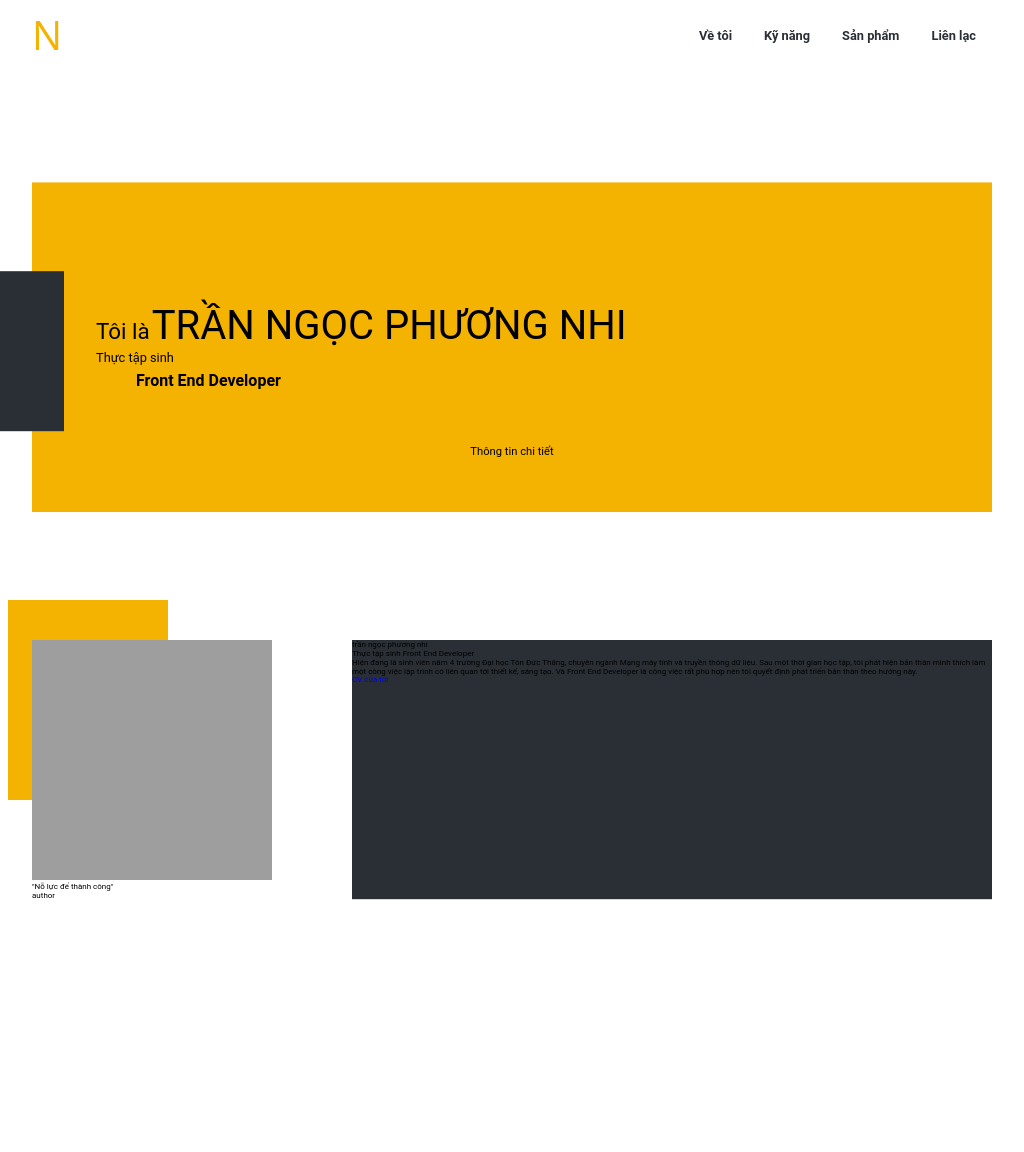
Repository: TranNgocPhuongNhi/my-portfolio
Page: index.html
The author's editor kept a copy of each file at every save. The page is drawn from the files as they stood at one save, then again after the next save.
The browser window is 1280 px wide. The pictures show the whole page, at 80% of full size.
Pictures or frames that could not be fetched are drawn as grey boxes. Some icons come from a web library that is not loaded, so they are not drawn. Some web libraries are served in a nearby version.

Above is the page before, as saved 2021-07-04 16:05:11.

### index.html
<!DOCTYPE html>
<html lang="en">
<head>
    <meta charset="UTF-8">
    <meta http-equiv="X-UA-Compatible" content="IE=edge">
    <meta name="viewport" content="width=device-width, initial-scale=1.0">
    <title>My Portfolio</title>
    <link rel="stylesheet" href="https://pro.fontawesome.com/releases/v5.10.0/css/all.css" integrity="sha384-AYmEC3Yw5cVb3ZcuHtOA93w35dYTsvhLPVnYs9eStHfGJvOvKxVfELGroGkvsg+p" crossorigin="anonymous"/>
    <link rel="stylesheet" href="resources/css/main.css">
    <link rel="stylesheet" href="resources/css/responsive.css">
    <link rel="shortcut icon" href="favicon.ico">
</head>
<body>
    <header id="header">
        <nav class="header__nav">
            <div class="container">
                <div class="header__nav-content">
                    <!-- <img src="" alt="logo"> -->
                    <a href="#index.html" class="header__nav-logo">N</a>
                    <ul class="header__nav-list">
                        <li class="nav-item"><a href="#about">Về tôi</a></li>
                        <li class="nav-item"><a href="#skills">Kỹ năng</a></li>
                        <li class="nav-item"><a href="#products">Sản phẩm</a></li>
                        <li class="nav-item"><a href="#contact">Liên lạc</a></li>
                    </ul>
                </div>
            </div>
        </nav>
        <div class="container">
            <div class="header__info">
                <div class="header__info-content">
                    <div class="header__info-name">
                        <span>Tôi là</span>
                        <span class="header__info-fullname">trần ngọc phương nhi</span>
                    </div>
                    <div class="header__info-specialize">
                        <p>Thực tập sinh</p>
                        <p>Front End Developer</p>
                    </div>
                </div>
                <div class="header__info-more">
                    <p>Thông tin chi tiết</p>
                    <div class="header__info-down">
                        <a href="#about">
                            <i class="fal fa-chevron-double-down"></i>
                        </a>
                    </div>
                </div>
            </div>
        </div>

    </header>

    <!-- About me -->
    <section id="about">
        <div class="container">
            <div class="row">
                <div class="col-1-3 about__avatar">
                    <img src="https://media-cdn.laodong.vn/Storage/NewsPortal/2021/2/13/880159/Vuong-Bat-Bac-9.png" alt="my avatar" />
                    <div class="about__quote">
                        <p>"Nỗ lực để thành công"</p>
                        <p>author</p>
                    </div>
                </div>
                <div class="col-3-1 about__content">
                    <div class="about__info">
                        <p>trần ngọc phương nhi</p>
                        <p>Thực tập sinh Front End Developer</p>
                    </div>
                    <p class="about__text">
                        Hiện đang là sinh viên năm 4 trường Đại học  Tôn Đức Thắng,
                        chuyên ngành Mạng máy tính và truyền thông dữ liệu. Sau một
                        thời gian học tập, tôi phát hiện bản thân mình thích làm một
                        công việc lập trình có liên quan tới thiết kế, sáng tạo. Và Front
                        End Developer là công việc rất phù hợp nên tôi quyết định phát
                        triển bản thân theo hướng này.
                    </p>
                    <a href="#" class="about__CV">CV của tôi</a>
                </div>
            </div>
        </div>
    </section>

</body>
</html>

### resources/css/main.css
:root {
    --primary1: #F4B301;
    --primary2: #2A2F35;
    --secondary: #F7F7F7;
    --white: #fff;
    --footer: #3B4046;
}

html {
    font-size: 62.5%;
    font-family: "Roboto", "Helvetica Neue", sans-serif;
    scroll-behavior: smooth;
}

* {
    padding: 0;
    margin: 0;
    box-sizing: border-box;
}

ul, li {
    list-style: none;
}

a {
    text-decoration: none;
}

.container {
    width: 120rem;
    max-width: 100%;
    margin: 0 auto;
}

.row {
    display: flex;
    position: relative;
}

.col-1-3 {
    width: calc(100% / 3);
}

.col-3-1 {
    width: calc(100% * 2 / 3);
}

/* ========================================= HEADER ============================= */
#header {
    height: 100vh;
    position: relative;
}

/* Scroll nav */
.nav-scroll {
    background-color: var(--white);
    box-shadow: 0 0.3rem 1.5rem rgba(0, 0, 0, 0.2);
}

.header__nav {
    padding: 1rem 0;
}

.header__nav-content {
    display: flex;
    justify-content: space-between;
    align-items: center;
}

.header__nav-logo {
    font-size: 5rem;
    font-family: 'Open Sans';
    color: var(--primary1);
}

.header__nav-list {
    display: flex;
}

.nav-item {
    padding: 0 2rem;
}

.nav-item a{
    font-size: 1.6rem;
    font-weight: 600;
    color: var(--primary2);
}

.nav-item a:hover {
    border-bottom: 0.3rem solid var(--primary1);
    animation: toRight 0.4s ease;
}

.header__info {
    background-color: var(--primary1);
    padding: 15rem 8rem;
    position: relative;
    top: 14rem;
}

.header__info::before {
    content: '';
    display: block;
    width: 8rem;
    height: 20rem;
    background-color: var(--primary2);
    position: absolute;
    top: 27%;
    left: -4rem;
}

.header__info-name span:first-child{
    font-size: 2.8rem;
}

.header__info-fullname {
    font-size: 5rem;
    text-transform: uppercase;
}

.header__info-specialize {
    line-height: 1.5;
}

.header__info-specialize p:first-child {
    font-size: 1.6rem;
}

.header__info-specialize p:last-child {
    font-size: 2rem;
    font-weight: bold;
    margin-left: 5rem;
}

.header__info-more {
    text-align: center;
    font-size: 1.4rem;
    line-height: 2;
    position: absolute;
    top: 85%;
    left: 50%;
    transform: translate(-50%, -50%);
}

.header__info-down:hover {
    width: 5rem;
    height: 5rem;
    line-height: 3.5;
    border-radius: 50%;
    border: 2px solid var(--white);
    margin: 0 auto;
    cursor: pointer;
}

.fa-chevron-double-down {
    color: var(--white);
}

/* =========================================== ABOUT ME ====================================== */
#about {
    height: 100vh;
}

.about__avatar,
.about__content {
    margin: 8rem 0;
}

.about__avatar img {
    width: 30rem;
    height: 30rem;
}

.about__avatar::before {
    content: '';
    display: block;
    width: 20rem;
    height: 25rem;
    background-color: var(--primary1);
    position: absolute;
    top: 3rem;
    left: -3rem;
    z-index: -1;
}

.about__avatar::after {
    content: '';
    display: block;
    width: 20rem;
    height: 25rem;
    background-color: var(--primary1);
    position: absolute;
    top: 3rem;
    left: -3rem;
    z-index: -1;
}

.about__content {
    background-color: var(--primary2);
}

/* =========================================== MY SKILLS ====================================== */



/* =========================================== MY PRODUCTS ====================================== */



/* =========================================== CONTACT ME ====================================== */



/* =========================================== ANIMATION ====================================== */
@keyframes toRight {
    0% {
        /* opacity: 0; */
        transform: translateX(-100%);
    }
    100% {
        /* opacity: 1; */
        transform: translateX(0%);
    }
}

### resources/css/responsive.css

/* Large devices (desktops, less than 1200px) */
@media (max-width: 1199.98px) {

}

/* Medium devices (tablets, less than 992px) */
@media (max-width: 991.98px) {

}

/* Small devices (landscape phones, less than 768px) */
@media (max-width: 767.98px) {

}

/* Extra small devices (portrait phones, less than 576px) */
@media (max-width: 575.98px) {

}

After the next save:
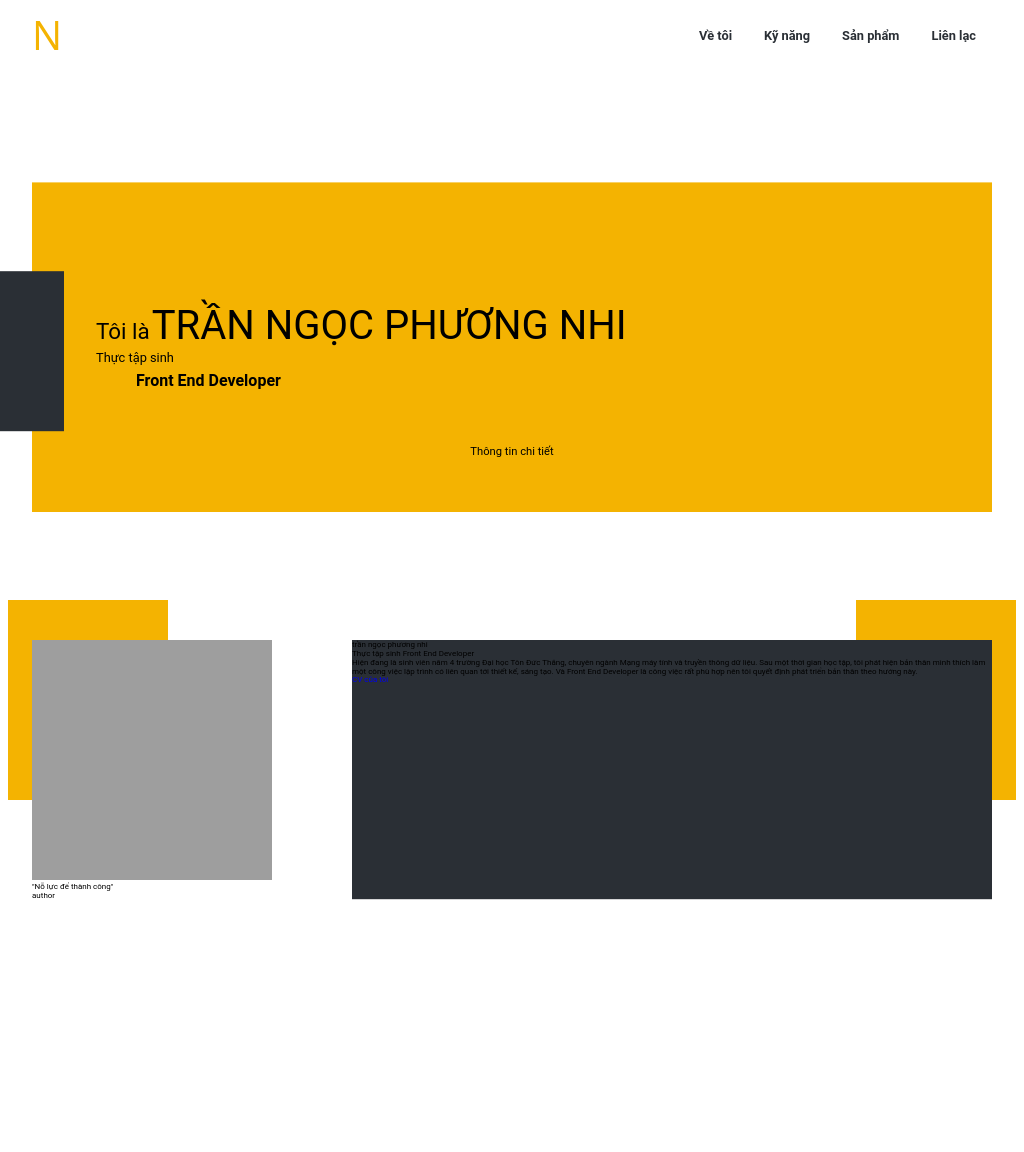
Saved 14 s later.
--- a/resources/css/main.css
+++ b/resources/css/main.css
@@ -192,7 +192,7 @@ a {
     background-color: var(--primary1);
     position: absolute;
     top: 3rem;
-    left: -3rem;
+    right: -3rem;
     z-index: -1;
 }
 
